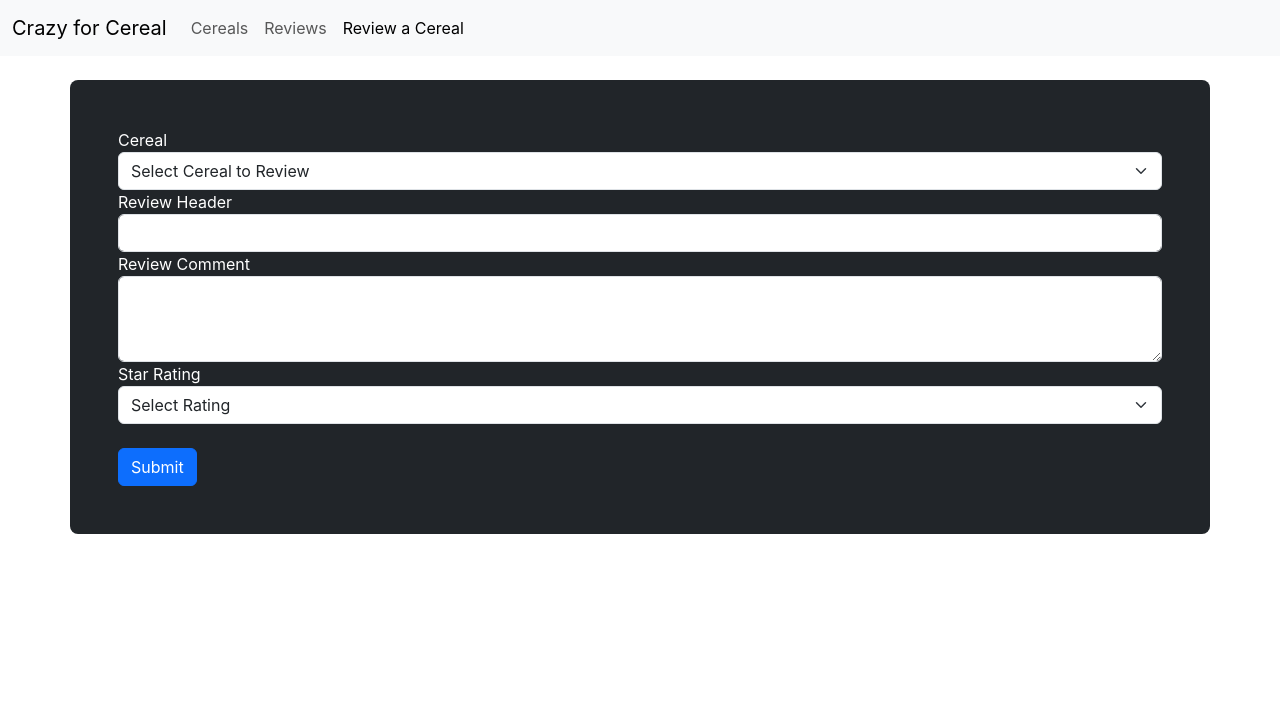
Repository: annferracane/project-3-sinatra
Page: /new-review (app in phase-3-project/)
The author's editor kept a copy of each file at every save. The page is drawn from the files as they stood at one save, then again after a run of saves.
The browser window is 1280 px wide. The pictures show the whole page.
The page's requests for data from a server got no answer. The project was rebuilt for these pictures with package versions that can differ from the ones it lists, and the page was loaded fresh each time. No one was signed in, and anything a server would have sent is missing. Also part of the build but not shown: phase-3-project/src/components/Cereal.js, phase-3-project/src/components/Cereals.js, phase-3-project/src/components/Main.js, phase-3-project/src/components/Review.js, phase-3-project/src/components/Reviews.js, phase-3-project/src/components/CerealDetail.js.

Above is the page before, as saved 2023-01-24 15:27:25.

### phase-3-project/public/index.html
<!DOCTYPE html>
<html lang="en">
  <head>
    <meta charset="utf-8">
    <link rel="icon" href="%PUBLIC_URL%/favicon.ico" />
    <meta name="viewport" content="width=device-width, initial-scale=1">
    <link rel="apple-touch-icon" href="%PUBLIC_URL%/logo192.png" />
    <link rel="manifest" href="%PUBLIC_URL%/manifest.json" />
    <title>Phase 3 - Cereal Reviews</title>
    <link rel="stylesheet" href="https://cdn.jsdelivr.net/npm/bootstrap@5.3.0-alpha1/dist/css/bootstrap.min.css" integrity="sha384-GLhlTQ8iRABdZLl6O3oVMWSktQOp6b7In1Zl3/Jr59b6EGGoI1aFkw7cmDA6j6gD" crossorigin="anonymous">
  </head>
  <body>
    <div id="root"></div>
    <script src="https://cdn.jsdelivr.net/npm/bootstrap@5.3.0-alpha1/dist/js/bootstrap.bundle.min.js" integrity="sha384-w76AqPfDkMBDXo30jS1Sgez6pr3x5MlQ1ZAGC+nuZB+EYdgRZgiwxhTBTkF7CXvN" crossorigin="anonymous"></script>
  </body>
</html>

### phase-3-project/src/index.js
import 'bootstrap/dist/css/bootstrap.css';
import React from 'react';
import ReactDOM from 'react-dom/client';
import { BrowserRouter } from "react-router-dom";
import './css/index.css';
import App from './components/App';
import reportWebVitals from './reportWebVitals';

const root = ReactDOM.createRoot(document.getElementById('root'));
root.render(
  <BrowserRouter>
    <App />
  </BrowserRouter>
);

// If you want to start measuring performance in your app, pass a function
// to log results (for example: reportWebVitals(console.log))
// or send to an analytics endpoint. Learn more: https://bit.ly/CRA-vitals
reportWebVitals();

### phase-3-project/src/components/App.js
import React, {useState, useEffect} from 'react';
import { Routes, Route } from "react-router-dom";
import NavBar from './NavBar';
import Main from './Main';
import Reviews from './Reviews';
import NewReview from './NewReview';
import CerealDetail from './CerealDetail';

function App() {
  const baseURL = "http://localhost:9292";

  const [reviews, setReviews] = useState([])
  const [cereals, setCereals] = useState([])
  const [users, setUsers] = useState([])

  // Reviews
  useEffect(() =>{
    fetch(`${baseURL}/reviews`)
    .then(resp => resp.json())
    .then(reviews => setReviews(reviews))
  },[])

  // Cereals
  useEffect(() =>{
    fetch(`${baseURL}/cereals`)
    .then(resp => resp.json())
    .then(cereals => setCereals(cereals))
  },[])

  // Users
  useEffect(() =>{
    fetch(`${baseURL}/users`)
    .then(resp => resp.json())
    .then(users => setUsers(users))
  },[])

  function addNewReview(mynewReview){
    setReviews([...reviews, mynewReview])
  }

  return (
    <div className="App">
      <NavBar />
      <Routes>
        <Route exact path="/" element={<><Main cereals={ cereals }/></>} />
        <Route path="/reviews" element={<><Reviews reviews={ reviews }/></>} />
        <Route path="/new-review" element={<><NewReview cereals={ cereals } addNewReview={ addNewReview }/></>} />
        <Route path="/new-review/:id" element={<><NewReview cereals={ cereals } addNewReview={ addNewReview }/></>} />
        <Route path="/cereals/:id" element={<><CerealDetail cereal={ cereals }/></>} />
      </Routes>
    </div>
  )
}

export default App;

### phase-3-project/src/components/NavBar.js
import React from "react";
import { NavLink } from "react-router-dom";

function NavBar() {
    return (
        <nav className="navbar navbar-expand-lg bg-body-tertiary">
            <div className="container-fluid">
                <NavLink className="navbar-brand" to="/">Crazy for Cereal</NavLink>
                <button className="navbar-toggler" type="button" data-bs-toggle="collapse" data-bs-target="#navbarSupportedContent" aria-controls="navbarSupportedContent" aria-expanded="false" aria-label="Toggle navigation">
                    <span className="navbar-toggler-icon"></span>
                </button>
                <div className="collapse navbar-collapse" id="navbarSupportedContent">
                    <ul className="navbar-nav me-auto mb-2 mb-lg-0">
                        <li className="nav-item">
                            <NavLink exact className="nav-link" aria-current="page" to="/">Cereals</NavLink>
                        </li>
                        <li className="nav-item">
                            <NavLink exact className="nav-link" aria-current="page" to="/reviews">Reviews</NavLink>
                        </li>
                        <li className="nav-item">
                        <NavLink className="nav-link" to="/new-review">Review a Cereal</NavLink>
                        </li>
                    </ul>
                </div>
            </div>
        </nav>

    )
}

export default NavBar;

### phase-3-project/src/components/NewReview.js
import React, { useState } from 'react';
import { useParams } from "react-router-dom";
//import { useHistory } from 'react-router-dom';

function NewReview({ cereals, addNewReview }) {
    const params = useParams();
    console.log(params.id)

    const [cerealId, setCerealId] = useState(params.id ? params.id : 0);
    const [header, setHeader] = useState('');
    const [comment, setComment] = useState('');
    const [starRating, setStarRating] = useState(0);
    //const history = useHistory();

    const cerealArray = cereals.map(cereal => <option key={ cereal.id } value={ `${cereal.id}` }>{ cereal.cereal_name }</option>)

    function handleSubmit(e) {

        e.preventDefault();

        const newReview = {
            cereal_id: cerealId,
            header: header,
            comment: comment,
            star_rating: starRating,
            user_id: 1
        }

        fetch(`http://localhost:9292/reviews`, {
        method: "POST",
        headers: {
            "Content-Type": "application/json",
        },
        body: JSON.stringify(newReview),
        })
        .then(resp => resp.json())
        .then(mynewReview => {
            addNewReview(mynewReview);
            //history.push(`/cereals/${mynewReview.id}`);
        })
        .catch(e => console.log(e));
    }

    return (
        <div className="container py-4">
            <div className="row align-items-md-stretch">
                <div className="p-5 text-bg-dark rounded-3">
                    <form onSubmit={ handleSubmit }>
                        <div className="form-group">
                            <label htmlFor="url">Cereal</label>
                            <select className="form-select" value={ cerealId } onChange={(e) => setCerealId(parseInt(e.target.value))} aria-label="Default select example">
                                <option value="0" selected>Select Cereal to Review</option>
                                { cerealArray }
                            </select>
                        </div>
                        <div className="form-group">
                            <label htmlFor="url">Review Header</label>
                            <input type="text" className="form-control" id="image" value={header} onChange={(e) => setHeader(e.target.value)} />
                        </div>
                        <div className="form-group">
                            <label htmlFor="comments">Review Comment</label>
                            <textarea className="form-control" id="exampleFormControlTextarea1" rows="3" value={comment} onChange={(e) => setComment(e.target.value)}></textarea>
                        </div>
                        <div className="form-group">
                            <label htmlFor="url">Star Rating</label>
                            <select className="form-select" value={ starRating } onChange={(e) => setStarRating(parseInt(e.target.value))} aria-label="Default select example">
                                <option value="0" selected>Select Rating</option>
                                <option value="1">1</option>
                                <option value="2">2</option>
                                <option value="3">3</option>
                                <option value="4">4</option>
                                <option value="5">5</option>
                            </select>
                        </div>
                        <br></br>
                        <button type="submit" className="btn btn-primary">Submit</button>
                    </form>
                </div>
            </div>
        </div>
    )
}

export default NewReview

Loaded but not shown: phase-3-project/src/css/index.css (common file); phase-3-project/src/reportWebVitals.js (common file)

After the next 4 saves:
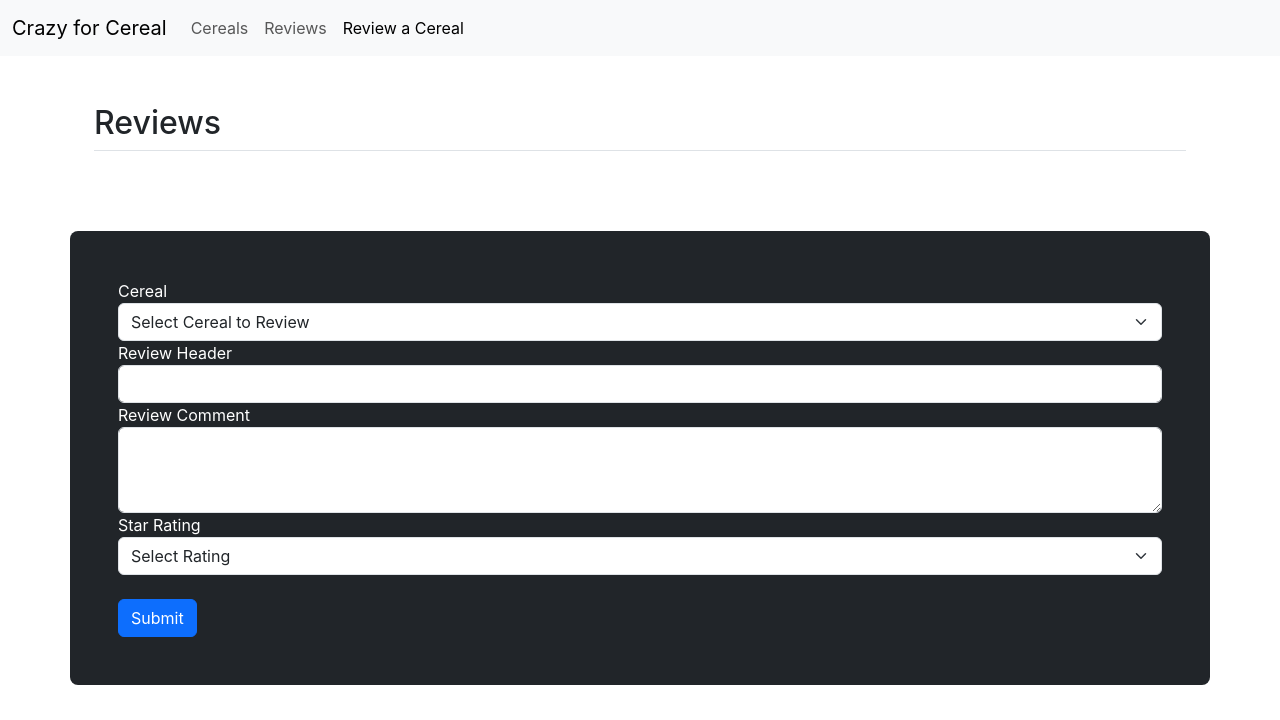
The 4 saves are shown as one change because they came seconds apart.
The last was saved 17 min 31 s later.
--- a/phase-3-project/src/components/NewReview.js
+++ b/phase-3-project/src/components/NewReview.js
@@ -42,6 +42,10 @@ function NewReview({ cereals, addNewReview }) {
     }
 
     return (
+        <>
+        <div className="container px-4 py-5" id="featured-3">
+            <h2 className="pb-2 border-bottom">Reviews</h2>
+        </div>
         <div className="container py-4">
             <div className="row align-items-md-stretch">
                 <div className="p-5 text-bg-dark rounded-3">
@@ -78,6 +82,7 @@ function NewReview({ cereals, addNewReview }) {
                 </div>
             </div>
         </div>
+        </>
     )
 }
 
